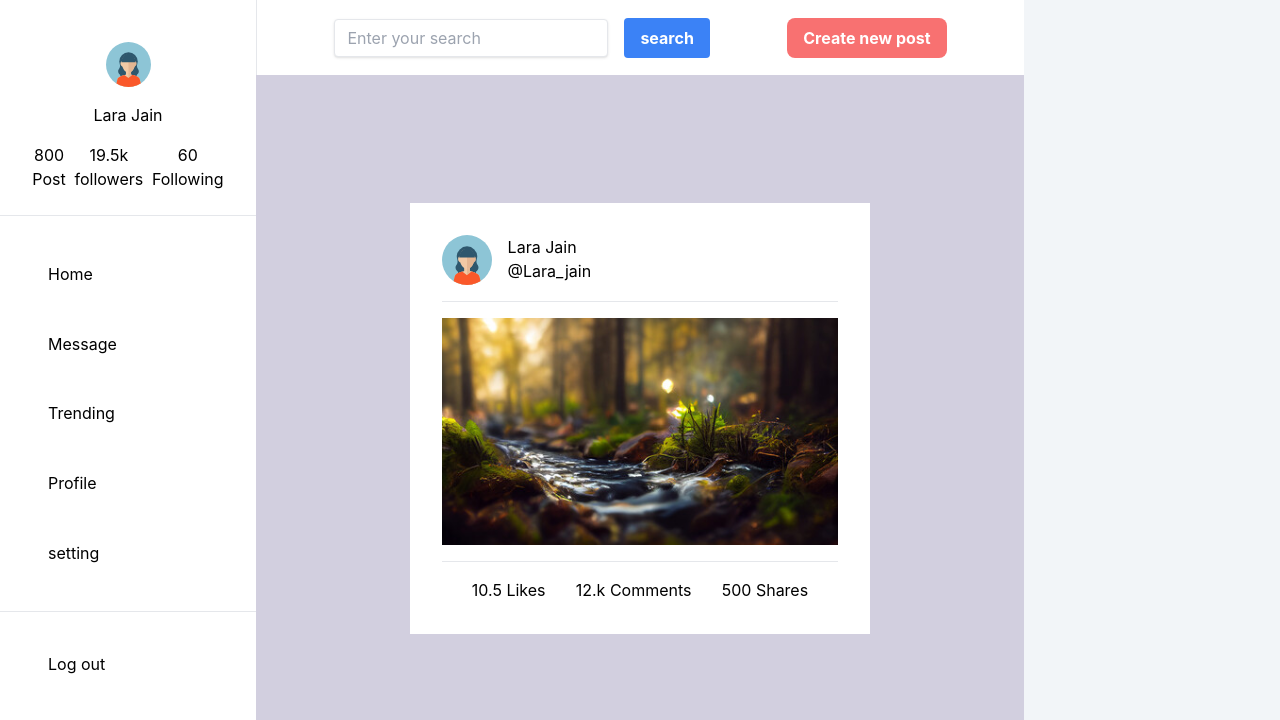
Repository: cosmicswati/upgrad-captions-project
Page: /
An editor plug-in stored every save of this project. The page is shown before and after the next save, followed by the edit.
The browser window is 1280 px wide. The pictures show the whole page.
An inner scrolling area shows only its first screen. The project was rebuilt for these pictures with package versions that can differ from the ones it lists, and the page was loaded fresh each time. Also part of the build but not shown: src/modules/Authorization/Form.jsx, src/modules/Authorization/index.js.

Above is the page before, as saved 2024-04-09 16:01:54.

### src/index.css
@tailwind base;
@tailwind components;
@tailwind utilities;

body {
  margin: 0;
  font-family: -apple-system, BlinkMacSystemFont, 'Segoe UI', 'Roboto', 'Oxygen',
    'Ubuntu', 'Cantarell', 'Fira Sans', 'Droid Sans', 'Helvetica Neue',
    sans-serif;
  -webkit-font-smoothing: antialiased;
  -moz-osx-font-smoothing: grayscale;
}

code {
  font-family: source-code-pro, Menlo, Monaco, Consolas, 'Courier New',
    monospace;
}

.scrollbar-hide::-webkit-scrollbar{
  display: none;
}

### src/App.js
import Auth from "./modules/Authorization";
import Home from "./modules/Home";


function App() {
  return (
    <div>
      {/* <Auth />  */}
      <Home />
    </div>
  );
}

export default App;

### src/modules/Home/index.js
import React from 'react'
import { ReactComponent as Avatar} from '../../assets/Avatar.svg'
import Input from '../../components/Input';
import Button from '../../components/Button';
import postImg from '../../assets/postImg.jpg'

const Home = () => {
  return (
    <div className='h-screen bg-[#d2cfdf]  flex overflow-hidden'>
        <div className='w-[20%] bg-white flex flex-col'>
            <div className='h-[30%] flex justify-center items-center border-b'>
                <div className='flex flex-col justify-center items-center'>
                    <Avatar width={'45px'} height={'45px'}/>
                    <p className='my-4'>Lara Jain</p>
                    <div className='h-[30px] flex justify-around w-[200px] text-center'>
                        <div className='flex flex-col justify-around items-center'>
                            <h4>800</h4>
                            <p>Post</p>
                        </div>
                        <div>
                            <h4>19.5k</h4>
                            <p>followers</p>
                        </div>
                        <div>
                            <h4>60</h4>
                            <p>Following</p>
                        </div>
                    </div>
                </div>
            </div>
            <div className='h-[55%] flex flex-col justify-evenly pl-12 border-b'>
                    <div>Home</div>
                    <div>Message</div>
                    <div>Trending</div>
                    <div>Profile</div>
                    <div>setting</div>
            </div>
            <div className='h-[15%] pt-10'>
                <div className='ml-12 cursor-pointer'>Log out</div>
            </div>
        </div>
        <div className='w-[60%] overflow-scroll h-full scrollbar-hide'>

            <div className='bg-white h-[75px] border-l flex justify-evenly items-center pt-4'>
                 <div className='flex justify-center items-center'>
                    <Input placeholder='Enter your search '/>
                    <Button label='search'  className='mb-4 ml-4'/>
                 </div>
                 <Button label='Create new post'  className='rounded-lg bg-red-400 hover:bg-red-500 mb-4'/>
            </div>
            <div className='bg-white w-[60%]  mx-auto mt-32 p-8'>
                <div className='border-b flex item-center pb-4 mb-4'>
                    <Avatar width={'50px'} height={'50px'} />
                   <div className='ml-4'>
                   <h3>Lara Jain</h3>
                    <p>@Lara_jain</p>
                   </div>
                </div>
                <div className='border-b pb-4 mb-4'>
                    <img src={postImg} width={'500px'}/>
                </div>
                <div className='flex justify-evenly mt-4'>
                    <div>10.5 Likes</div>
                    <div>12.k Comments</div>
                    <div>500 Shares</div>
                </div>
            </div>
        </div>
        <div className='w-[20%] bg-[#F2F5F8]'></div>
    </div>
  )
}

export default Home

### src/components/Input/index.js
import React from 'react'

const Input = ({
    name = '',
    label ='',
    type ='',
    placeholder =''
}) => {
  return (
    <div class="mb-4">
        {
          label &&
          <label class="block text-gray-700 text-sm font-bold mb-2" for={name}>
             {label}
          </label>
        }

        <input class="shadow apperance-none border rounded w-full py-2 px-3
         text-gray-700 leading-tight focus:outline-none focus:shadow-outline"
         id={name} type={type} placeholder={placeholder} />

    </div>
  )

}

export default Input

### src/components/Button/index.js
import React from 'react'

const Button = ({
    label ='',
    className =''
}) => {
  return (
    <button className={`bg-blue-500 hover:bg-blue-700 text-white font-bold py-2 px-4 rounded ${className}`}>
      {label}
  </button>
  )
}

export default Button

### tailwind.config.js
/** @type {import('tailwindcss').Config} */
module.exports = {
 mode:'jit',
 purge: [
  './public/**/*.html',
  './src/**/*.{js,jsx,ts,tsx,vue}',
 ],
  content: [
    "./src/**/*.{js,jsx,ts,tsx}",
  ],
  theme: {
    extend: {},
  },
  plugins: [],
}

Loaded but not shown: public/index.html (common file); src/index.js (common file); src/reportWebVitals.js (common file)

After the next save:
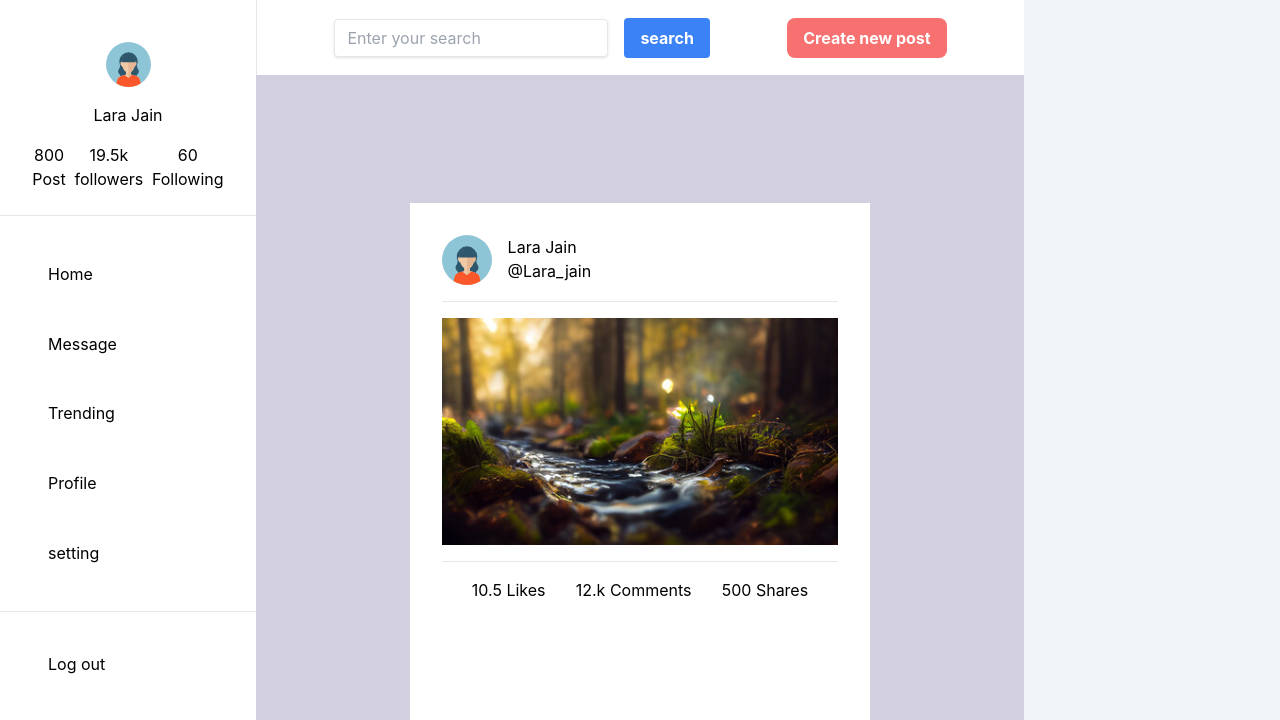
Saved 2 min 43 s later.
--- a/src/modules/Home/index.js
+++ b/src/modules/Home/index.js
@@ -48,7 +48,7 @@
                  </div>
                  <Button label='Create new post'  className='rounded-lg bg-red-400 hover:bg-red-500 mb-4'/>
             </div>
-            <div className='bg-white w-[60%]  mx-auto mt-32 p-8'>
+            <div className='bg-white w-[60%] overflow-y-scroll h-full mx-auto mt-32 p-8'>
                 <div className='border-b flex item-center pb-4 mb-4'>
                     <Avatar width={'50px'} height={'50px'} />
                    <div className='ml-4'>

After the save that followed:
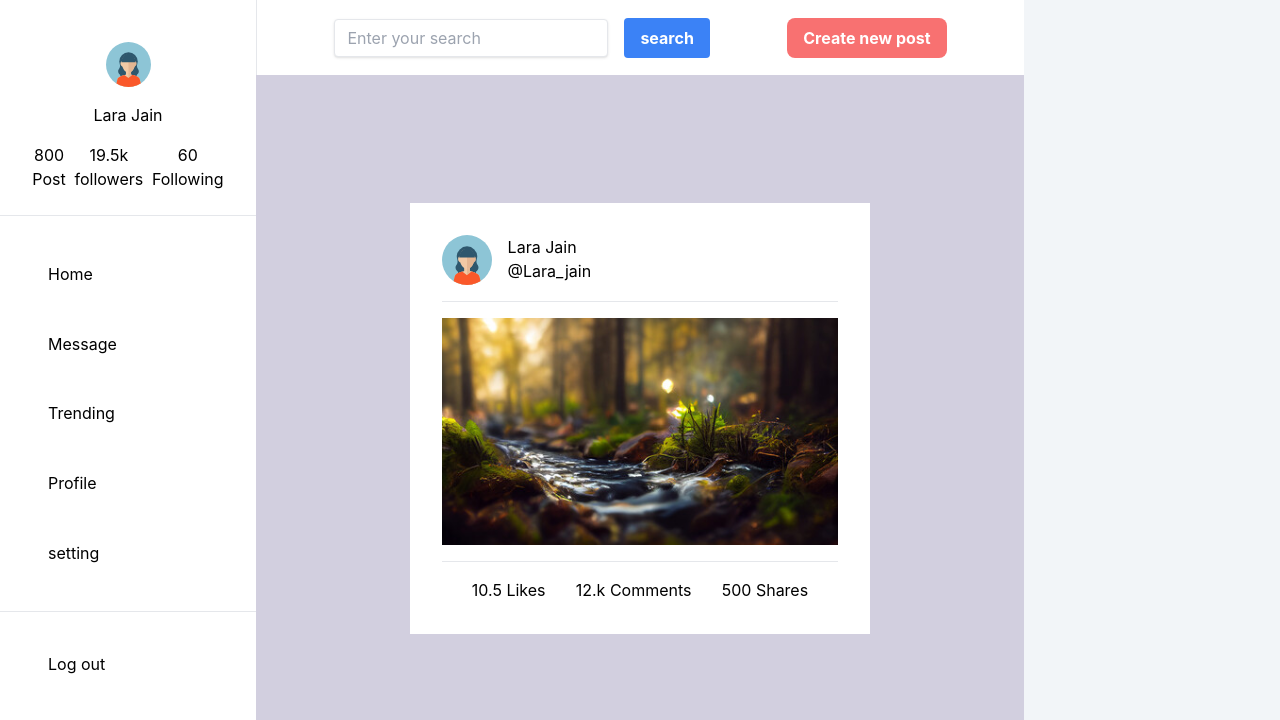
Saved 3 min 14 s later.
--- a/src/modules/Home/index.js
+++ b/src/modules/Home/index.js
@@ -40,7 +40,6 @@
             </div>
         </div>
         <div className='w-[60%] overflow-scroll h-full scrollbar-hide'>
-
             <div className='bg-white h-[75px] border-l flex justify-evenly items-center pt-4'>
                  <div className='flex justify-center items-center'>
                     <Input placeholder='Enter your search '/>
@@ -48,7 +47,7 @@
                  </div>
                  <Button label='Create new post'  className='rounded-lg bg-red-400 hover:bg-red-500 mb-4'/>
             </div>
-            <div className='bg-white w-[60%] overflow-y-scroll h-full mx-auto mt-32 p-8'>
+            <div className='bg-white w-[60%]  mx-auto mt-32 p-8'>
                 <div className='border-b flex item-center pb-4 mb-4'>
                     <Avatar width={'50px'} height={'50px'} />
                    <div className='ml-4'>
